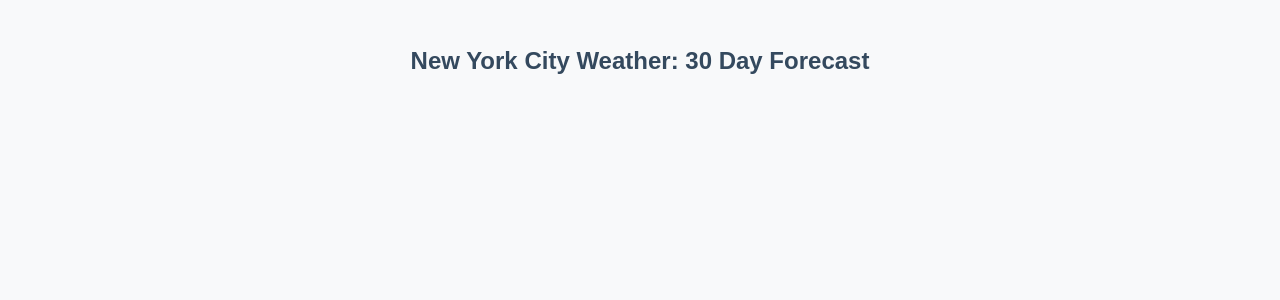
Repository: m0llyc00k/web-advanced
Page: NYC_weather_midterm/index_MC.html
The author's editor kept a record of every edit. The page is drawn from the files as they stood at one moment, then again after the next edit.
The browser window is 1280 px wide. The pictures show the whole page.
The page's requests for data from a server got no answer. Some web fonts or font styles are not loaded; a fallback is used.

Above is the page before.

### NYC_weather_midterm/index_MC.html
<!DOCTYPE html>
<html lang="en">

<head>
    <link rel="stylesheet" href="./styles_MC.css" type="text/css">
    </link>

    <title>NYC Weather: 30 Day Forecast</title>
</head>

<body>
    <h2 class="title">
        New York City Weather: 30 Day Forecast
    </h2>

    <div id="wrapper" class="wrapper">


        <div id="tooltip" class="tooltip">
            <div id="tooltip-date" class="tooltip-date"></div>
            <div id="tooltip-temperature" class="tooltip-temperature">
                <span id="tooltip-temperature-min"></span>
                -
                <span id="tooltip-temperature-max"></span>
            </div>
            <div class="tooltip-metric tooltip-humidity">
                <div>Humidity</div>
                <div id="tooltip-humidity"></div>
            </div>
            <div class="tooltip-metric tooltip-cloud">
                <div>Cloud Cover</div>
                <div id="tooltip-cloud"></div>
            </div>
            <div class="tooltip-metric tooltip-precipitation">
                <div>Precipitation Probability</div>
                <div id="tooltip-precipitation"></div>
            </div>
            <div class="tooltip-metric tooltip-precipitation-type">
                <div>Weather</div>
                <div id="tooltip-precipitation-type"></div>
            </div>
             <div class="tooltip-metric tooltip-sunrise">
                <div>Sunrise</div>
                <div id="tooltip-sunrise"></div>
            </div>
             <div class="tooltip-metric tooltip-sunset">
                <div>Sunset</div>
                <div id="tooltip-sunset"></div>
            </div>
        </div>

        <script src="https://d3js.org/d3.v7.min.js"></script>
        <script src="./script2.js"></script>
</body>

</html>

### NYC_weather_midterm/styles_MC.css
/* Import and use the Inter font https://rsms.me/inter/ */
@import url('https://rsms.me/inter/inter.css');
html { font-family: 'Inter', sans-serif; }

body {
    display: flex;
    flex-direction: column;
    align-items: center;
    padding: 2em 2em;
    font-family: 'Inter var', sans-serif;
    font-size: 16px;
    color: #34495e;
    background: #f8f9fa;
}

.title {
    position: relative;
    width: 600px;
    margin-top: .3em;
    margin-bottom: .3em;
    line-height: 1.2em;
    display: flex;
    justify-content: center;
    text-align: center;
    display: flex;
    align-items: center;
    font-feature-settings: 'tnum' 1;
}

.grid-line {
    stroke: #dadadd;
    fill: none;
}

.tick-label {
    dominant-baseline: middle;
    fill: #8395a7;
    font-size: 0.7em;
    font-weight: 700;
    letter-spacing: 0.005em;
}

.tick-label-temperature {
    fill: #8395a7;
    opacity: 0.7;
    dominant-baseline: middle;
    font-size: 0.7em;
}

.freezingCircle {
    fill: skyblue;
    opacity: 0.5;
}

.day-line {
    stroke: #dadadd;
    stroke-width: 3;
}

.cloud-dot {
    fill: #c8d6e5;
    /*opacity: 0.8;*/
    mix-blend-mode: multiply;
}

.humidity-dot {
    fill: #d8d2e7;
    /*opacity: 0.8;*/
}

.rain-dot {
    /*opacity: 0.7;*/
    mix-blend-mode: multiply;
}

.annotation-line {
    stroke: gray;
    /*opacity: 0.4;*/
}

.annotation-text {
    fill: gray;
    font-size: 0.7em;
    dominant-baseline: middle;
}

svg {
    overflow: visible;
}

.wrapper {
    position: relative;
}


.tooltip {
    opacity: 0;
    position: absolute;
    top: 0;
    left: 0;
    width: 15em;
    padding: 0.6em 1em;
    background: #fff;
    text-align: center;
    line-height: 1.4em;
    font-size: 0.9em;
    border: 1px solid #ddd;
    z-index: 10;
    pointer-events: none;
}

.tooltip-date {
    margin-bottom: 0.2em;
    font-weight: 600;
    font-size: 1.1em;
    line-height: 1.4em;
}

.tooltip-temperature {
    font-feature-settings: 'tnum' 1;
}

.tooltip-metric {
    display: flex;
    justify-content: space-between;
    width: 100%;
    font-size: 0.8em;
    line-height: 1.3em;
    transition: all 0.1s ease-out;
}

.tooltip-metric div:first-child {
    font-weight: 800;
    padding-right: 1em;
}

.tooltip-metric div:nth-child(2) {
    font-feature-settings: 'tnum' 1;
}

.tooltip-cloud {
    color: #8395a7;
}
.tooltip-humidity {
    color: #bbb1d5;
}

.listener-circle {
    fill: transparent;
}

.tooltip-line {
    pointer-events: none;
    fill: #8395a7;
    /*fill-opacity: 0.2;*/
    mix-blend-mode: multiply;
}

### NYC_weather_midterm/script2.js
/*global d3*/
//create a constructor function to process the data within object

"use strict";

const url = "https://pro.openweathermap.org/data/2.5/forecast/climate?lat=40.781464&lon=-73.966696&units=imperial&appid=0353e66df6f1bec42f85ab2aa62ad775"


function fetchSearchData() {

    fetch(url)
        .then(res => res.json())
        // .then(data => {
        //     console.log(data)
        // .then(function(data) {
        //   document.getElementById("Output").innerHTML =
        //     JSON.stringify(data);
        .then(function(data) {
            const dataset = data.list


            //   drawLineChart(dataset);
            drawChart(dataset)


        })
        .catch(error => {
            console.log(error);
        })


}


fetchSearchData()






function drawChart(newData) {

    // 1. Access data


    console.log(newData)
    //add the date format to the data
    const formatDate = d3.timeFormat("%Y-%m-%d")
    const parseDate = d3.timeParse("%Y-%m-%d")

    newData.forEach((element) => {
        element['date'] =
            (formatDate(element.dt * 1000))
    })

    const sunFormatter = d3.timeFormat("%I %p")
    const temperatureMinAccessor = d => d.temp.min
    const temperatureMaxAccessor = d => d.temp.max
    const dayAccessor = d => d.date
    const humidityAccessor = d => d.humidity
    const rainAccessor = d => d.rain
    const snowAccessor = d => d.snow
    const precipitationTypeAccessor = d => d.weather[0].main
    const weatherType = d => d.weather[0].description
    const cloudAccessor = d => d.clouds
    const dateParser = d3.timeParse("%Y-%m-%d")
    const sunriseAccessor = d => dateParser(d.sunrise)
    const sunsetAccessor = d => dateParser(d.sunset)
    const sunriseFormat = d => sunFormatter(sunriseAccessor(d.sunrise))
    const dateAccessor = d => dateParser(d.date)
    console.log(sunriseFormat(newData[0]))


    // console.log(sunFormatter(sunriseAccessor([newData[0]])))





    // 2. Create chart dimensions

    const width = 600
    let dimensions = {
        width: width,
        height: width,
        radius: width / 2,
        margin: {
            top: 120,
            right: 120,
            bottom: 120,
            left: 120,
        },
    }
    dimensions.boundedWidth = dimensions.width - dimensions.margin.left - dimensions.margin.right
    dimensions.boundedHeight = dimensions.height - dimensions.margin.top - dimensions.margin.bottom
    dimensions.boundedRadius = dimensions.radius - ((dimensions.margin.left + dimensions.margin.right) / 2)

    // 3. Draw canvas

    const wrapper = d3.select("#wrapper")
        .append("svg")
        .attr("width", dimensions.width)
        .attr("height", dimensions.height)

    const bounds = wrapper.append("g")
        .style("transform", `translate(${
      dimensions.margin.left + dimensions.boundedRadius}px, ${dimensions.margin.top + dimensions.boundedRadius}px)`)

    const defs = wrapper.append("defs")

    const gradientId = "temperature-gradient"
    const gradient = defs.append("radialGradient")
        .attr("id", gradientId)

    const radiusScale = d3.scaleLinear()
        .domain(d3.extent([
            ...newData.map(temperatureMinAccessor),
            ...newData.map(temperatureMaxAccessor),
        ]))
        .range([0, dimensions.boundedRadius])
        .nice()

    const numberOfStops = 10
    const gradientColorScale = d3.interpolatePuBuGn
    // const gradientColorScale = d3.interpolateBuPu
    // const gradientColorScale = d3.interpolateCool
    // const gradientColorScale = d3.interpolateRdBu


    const temperatureColorScale = d3.scaleSequential()
        .domain(radiusScale.domain())
        .interpolator(gradientColorScale)

    d3.range(numberOfStops).forEach(i =>
        gradient.append("stop")
        .attr("offset", `${i *100 / (numberOfStops - 1)}%`)
        .attr("stop-color", gradientColorScale(
            i / (numberOfStops - 1)
        )))

    // 4. Create scales

    const angleScale = d3.scaleTime()
        .domain(d3.extent(newData, dateAccessor))
        .range([0, Math.PI * 2])


    const getCoordinatesForAngle = (angle, offset = 1) => [
        Math.cos(angle - Math.PI / 2) * dimensions.boundedRadius * offset,
        Math.sin(angle - Math.PI / 2) * dimensions.boundedRadius * offset,
    ]

    const getXFromDataPoint = (d, offset = 1.4) => (
        getCoordinatesForAngle(angleScale(dateAccessor(d)), offset)[0]
    )

    const getYFromDataPoint = (d, offset = 1.4) => (
        getCoordinatesForAngle(angleScale(dateAccessor(d)), offset)[1]
    )

    // 5. Draw data

    const freezingCircle = bounds.append("circle")
        .attr("r", radiusScale(32))
        .attr("class", "freezingCircle")

    const areaGenerator = d3.areaRadial()
        .angle(d => angleScale(dateAccessor(d)))
        .innerRadius(d => radiusScale(temperatureMinAccessor(d)))
        .outerRadius(d => radiusScale(temperatureMaxAccessor(d)))

    const area = bounds.append("path")
        .attr("d", areaGenerator(newData))
        .style("fill", `url(#${gradientId}`)

    const cloudRadiusScale = d3.scaleSqrt()
        .domain(d3.extent(newData, cloudAccessor))
        .range([1, 10])

    const humidityRadiusScale = d3.scaleSqrt()
        .domain(d3.extent(newData, humidityAccessor))
        .range([1, 10])

    const precipitationTypes = ["rain", "clouds", "snow"]
    const precipitationTypeColorScale = d3.scaleOrdinal()
        .domain(precipitationTypes)
        .range(["cornflowerblue", "#636e72", "#b2bec3"])

    const rainRaduisScale = d3.scaleSqrt()
        .domain(d3.extent(newData, rainAccessor))
        .range([0, 10])

    const snowRaduisScale = d3.scaleSqrt()
        .domain(d3.extent(newData, snowAccessor))
        .range([0, 10])

    // 6. Draw peripherals

    const annotationGroup = bounds.append("g")
    const drawAnnotation = (angle, offset, text) => {
        const [x1, y1] = getCoordinatesForAngle(angle, offset)
        const [x2, y2] = getCoordinatesForAngle(angle, 2.6)

        annotationGroup.append("line")
            .attr("x1", x1)
            .attr("x2", x2)
            .attr("y1", y1)
            .attr("y2", y2)
            .attr("class", "annotation-line")

        annotationGroup.append("text")
            .attr("x", x2 + 6)
            .attr("y", y2)
            .attr("class", "annotation-text")
            .text(text)

    }




    const peripherals = bounds.append("g")
    const days = d3.timeDay.range(...angleScale.domain())

    days.forEach(day => {
        const angle = angleScale(day)
        const [x, y] = getCoordinatesForAngle(angle, 1)
        // console.log(getCoordinatesForAngle(angle, 1))

        peripherals.append("line")
            .attr("x2", x)
            .attr("y2", y)
            .attr("class", "grid-line")


        const [labelx, labely] = getCoordinatesForAngle(angle, 2)
        peripherals.append("text")
            .text(d3.timeFormat("%b %d")(day))
            .attr("x", labelx)
            .attr("y", labely)
            .attr("class", "tick-label")
            .style("text-anchor",
                Math.abs(labelx) < 5 ? "middle" :
                labelx > 0 ? "start" :
                "end"
            )

        const temperatureTicks = radiusScale.ticks(4)
        // console.log(temperatureTicks)
        const gridCircles = temperatureTicks.map(d => {
            peripherals.append("circle")
                .attr("r", radiusScale(d))
                .attr("class", "grid-line")
        })

        const tickLabelBackgrounds = temperatureTicks.map(d => {
            if (d < 1) return
            return peripherals.append("rect")
                // .attr("x", 4)
                .attr("y", -radiusScale(d) - 10)
                .attr("width", 40)
                .attr("height", 20)
                .attr("fill", "#f8f9fa")
        })

        const gridLabels = temperatureTicks.map(d => {
            if (d < 1) return
            return peripherals.append("text")
                .attr("x", 4)
                .attr("y", -radiusScale(d) + 2)
                .html(`${d3.format(".0f")(d)} \xB0F`)
                .attr("class", "tick-label-temperature")
        })

    })

    //ticks for days

    const dayGroup = bounds.append("g")
    const dayOffset = 1
    const dayTick = dayGroup.selectAll("line")
        .data(newData.filter(d => dayAccessor(d)))
        .join("line")
        .attr("x1", d => getXFromDataPoint(d, dayOffset))
        .attr("y1", d => getYFromDataPoint(d, dayOffset))
        .attr("x2", d => getXFromDataPoint(d, dayOffset + 0.1))
        .attr("y2", d => getYFromDataPoint(d, dayOffset + 0.1))
        .attr("class", "day-line")

    //outer circles

    const cloudGroup = bounds.append("g")
    const cloudOffset = 1.5
    const cloudDots = cloudGroup.selectAll("circle")
        .data(newData)
        .join("circle")
        .attr("r", d => cloudRadiusScale(cloudAccessor(d)))
        .attr("cx", d => getXFromDataPoint(d, cloudOffset))
        .attr("cy", d => getYFromDataPoint(d, cloudOffset))
        .attr("class", "cloud-dot")

    const humidityGroup = bounds.append("g")
    const humidityOffset = 1.20
    const humidityDots = humidityGroup.selectAll("circle")
        .data(newData)
        .join("circle")
        .attr("r", d => humidityRadiusScale(humidityAccessor(d)))
        .attr("cx", d => getXFromDataPoint(d, humidityOffset))
        .attr("cy", d => getYFromDataPoint(d, humidityOffset))
        .attr("class", "humidity-dot")


    // const precipitationGroup = bounds.append("g")
    // const precipitationOffset = 1.35
    // const precipitationDots = precipitationGroup.selectAll("circle")
    //     .data(newData)
    //     .join("circle")
    //     .attr("r", d => precipitationRaduisScale(precipitationProbabilityAccessor(d)))
    //     .attr("cx", d => getXFromDataPoint(d, precipitationOffset))
    //     .attr("cy", d => getYFromDataPoint(d, precipitationOffset))
    //     .style("fill", d => precipitationTypeColorScale(
    //         precipitationTypeAccessor(d)))
    //     .attr("class", "precipitation-dot")

    const rainGroup = bounds.append("g")
    const rainOffset = 1.35
    const rainDots = rainGroup.selectAll("circle")
        .data(newData)
        .join("circle")
        .attr("r", d => rainRaduisScale(rainAccessor(d)))
        .attr("cx", d => getXFromDataPoint(d, rainOffset))
        .attr("cy", d => getYFromDataPoint(d, rainOffset))
        .attr("class", "rain-dot")

    const snowGroup = bounds.append("g")
    const snowOffset = 1.35
    const snowDots = snowGroup.selectAll("circle")
        .data(newData)
        .join("circle")
        .attr("r", d => snowRaduisScale(snowAccessor(d)))
        .attr("cx", d => getXFromDataPoint(d, snowOffset))
        .attr("cy", d => getYFromDataPoint(d, snowOffset))
        .attr("class", "snow-dot")



    drawAnnotation(Math.PI * 0.24, humidityOffset + .04, "Humidity")
    drawAnnotation(Math.PI * 0.2, cloudOffset + .04, "Cloudiness")
    drawAnnotation(Math.PI * 0.26, rainOffset, "Rain")
    drawAnnotation(Math.PI * 0.28, snowOffset, "Snow")
    drawAnnotation(Math.PI * 0.65, 0.5, "Temperature")
    drawAnnotation(Math.PI * 0.72, radiusScale(32) / dimensions.boundedRadius, "Freezing Temperature")

    //   // 7. Set up interactions

    const listenerCircle = bounds.append("circle")
        .attr("r", dimensions.width / 2)
        .attr("class", "listener-circle")
        .on("mousemove", onMouseMove)
        .on("mouseleave", onMouseLeave)


    const tooltip = d3.select("#tooltip")
    const tooltipLine = bounds.append("path")
        .attr("class", "tooltip-line")

    function onMouseMove(e) {
        const [x, y] = d3.pointer(e)

        const getAngleFromCoordinates = (x, y) => (
            Math.atan2(y, x))
        let angle = getAngleFromCoordinates(x, y) + Math.PI / 2
        if (angle < 0) angle = (Math.PI * 2) + angle

        const tooltipArcGenerator = d3.arc()
            .innerRadius(0)
            .outerRadius(dimensions.boundedRadius * 1.6)
            .startAngle(angle - 0.15)
            .endAngle(angle + 0.015)

        tooltipLine.attr("d", tooltipArcGenerator())
            .style("opacity", 1)

        const outerCoordinates = getCoordinatesForAngle(angle, 1.6)

        tooltip.style("opacity", 1)
            .style("transform", `translate(calc(${
          outerCoordinates[0] < -50 ? "40px + -100" :
          outerCoordinates[0] > 50 ? "-40px + 0" :
          -50
        }% + ${
          outerCoordinates[0] + dimensions.margin.left + dimensions.boundedRadius
        }px), calc(${
          outerCoordinates[1] < -50 ? "40px + -100" :
          outerCoordinates[1] > 50 ? "-40px + 0" :
          -50
        }% + ${
          outerCoordinates[1] + dimensions.margin.top + dimensions.boundedRadius
        }px))`)

        const date = angleScale.invert(angle)
        const dateString = d3.timeFormat("%Y-%m-%d")(date)

        const dataPoint = newData.find(d => d.date == dateString)
        if (!dataPoint) return

        const noValue = NaN



        tooltip.select("#tooltip-date")
            .text(d3.timeFormat("%B %-d")(date))
        tooltip.select("#tooltip-temperature-min")
            .html(`${d3.format(".1f")(
          temperatureMinAccessor(dataPoint))
        }	\xB0F`)
        tooltip.select("#tooltip-temperature-max")
            .html(`${d3.format(".1f")(
          temperatureMaxAccessor(dataPoint))
        }	\xB0F`)
        tooltip.select("#tooltip-humidity")
            .html(`${d3.format(".1f")(
          humidityAccessor(dataPoint))
        }	%`)
        tooltip.select("#tooltip-cloud")
            .html(`${d3.format(".1f")(
          cloudAccessor(dataPoint))
        }	%`)

        if (snowAccessor(dataPoint) != undefined) {
            tooltip.select("#tooltip-snow")
                .html(`${d3.format(".1f")(
                snowAccessor(dataPoint))
        }	mm`)
        }
        else {
            tooltip.select("#tooltip-snow")
                .text('none')
        }


        if (rainAccessor(dataPoint) != undefined) {
            tooltip.select("#tooltip-rain")
                .html(`${d3.format(".1f")(
          rainAccessor(dataPoint))
        }	mm`)
        }
        else {
            tooltip.select("#tooltip-snow")
                .text('none')
        }

        tooltip.select("#tooltip-precipitation-type")
            .text(weatherType(dataPoint))
        // tooltip.select("#tooltip-sunrise")
        //     .text(sunriseAccessor(d3.timeFormat("%I %p")))
        // tooltip.select("#tooltip-sunset")
        //     .text(d3.timeFormat("%I %p")(sunsetAccessor))
        tooltip.select(".tooltip-precipitation-type")
            .style("color", precipitationTypeAccessor(dataPoint) ?
                precipitationTypeColorScale(
                    precipitationTypeAccessor(dataPoint)
                ) :
                "#dadadd")
        tooltip.select("#tooltip-temperature-min")
            .style("color", temperatureColorScale(
                temperatureMinAccessor(dataPoint)
            ))
        tooltip.select("#tooltip-temperature-max")
            .style("color", temperatureColorScale(
                temperatureMaxAccessor(dataPoint)
            ))
        // tooltip.select("#tooltip-sunrise")
        //     .style("color", "#feca57")
        // tooltip.select("#tooltip-sunset")
        //     .style("color", "#fe7757")
    }

    function onMouseLeave() {
        tooltip.style("opacity", 0)
        tooltipLine.style("opacity", 0)

    }



}

After the next edit:
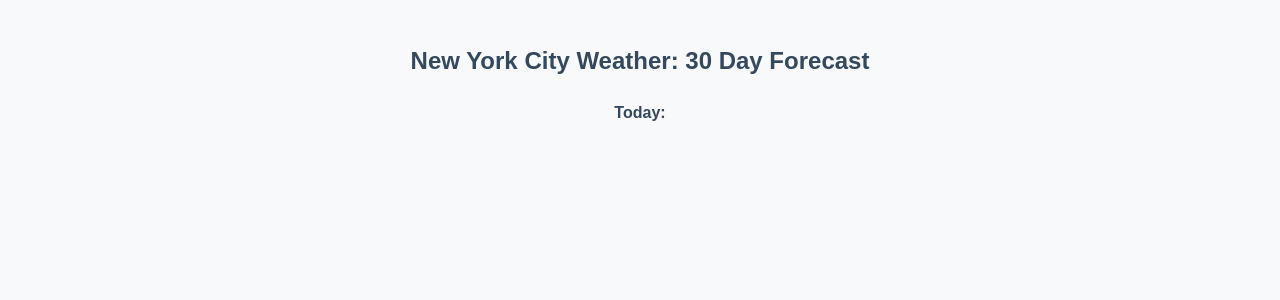
The edit:
--- a/NYC_weather_midterm/index_MC.html
+++ b/NYC_weather_midterm/index_MC.html
@@ -12,6 +12,7 @@
     <h2 class="title">
         New York City Weather: 30 Day Forecast
     </h2>
+    <h4>Today:</h4>
 
     <div id="wrapper" class="wrapper">
 
